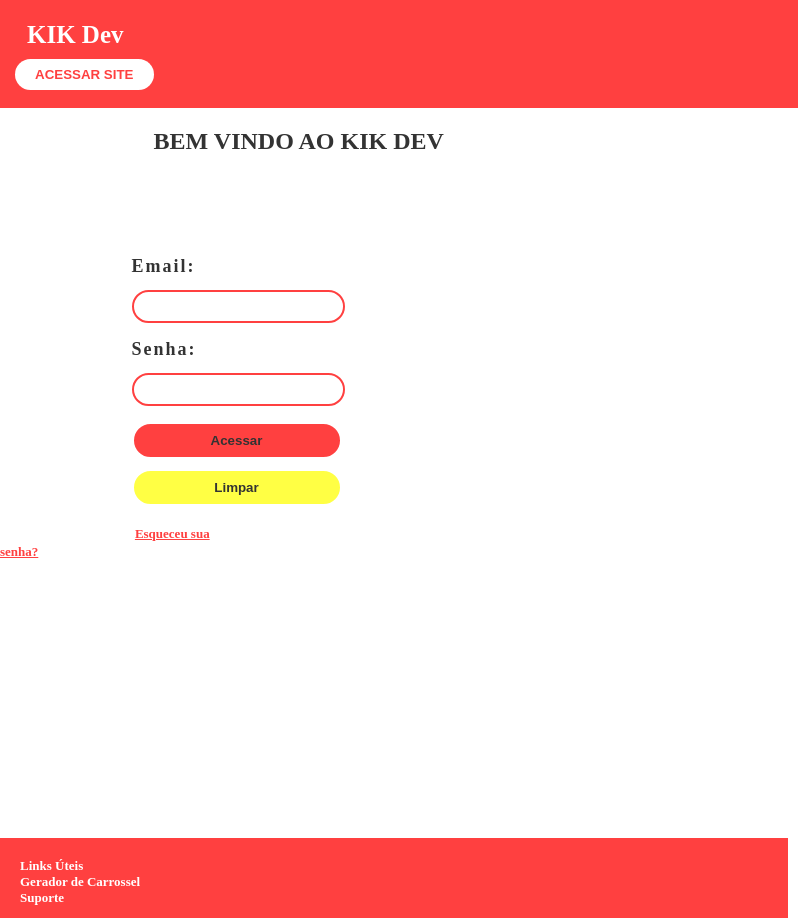
Repository: devgabrielvieira/kikdev
Page: index.html
An editor plug-in stored every save of this project. The page is shown before and after the next save, followed by the edit.
The browser window is 768 px wide. The page is 798 px wide, so the pictures cover 798 px, including what lies to the right of the window. The pictures show the whole page.

Above is the page before, as saved 2022-10-30 18:51:15.

After the next save:
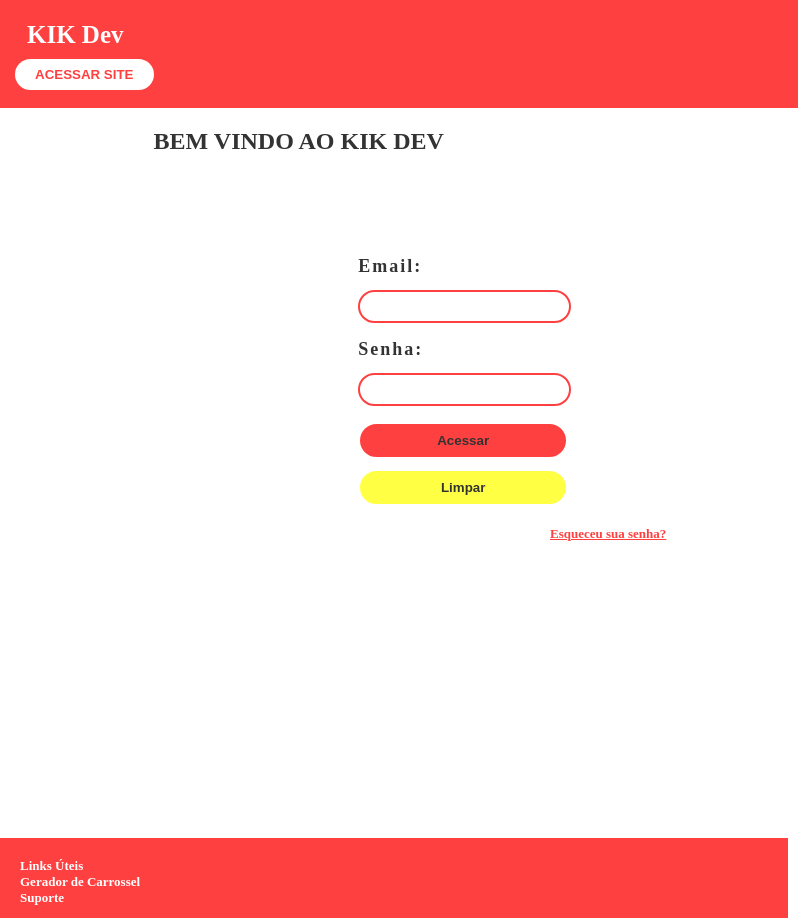
Saved 33 s later.
--- a/style-mobile.css
+++ b/style-mobile.css
@@ -95,7 +95,7 @@
     border: 2px solid #a0a0a0;
   }
 
-  .href {
+  /* .href {
     margin-left: 30%;
     margin-right: 15%;
     font-size: 13px;
@@ -104,7 +104,7 @@
     text-align: justify;
     width: 100%;
     padding: 3.5rem;
-  }
+  } */
 
   .btn-acessar {
     margin-left: 50%;

After the save that followed:
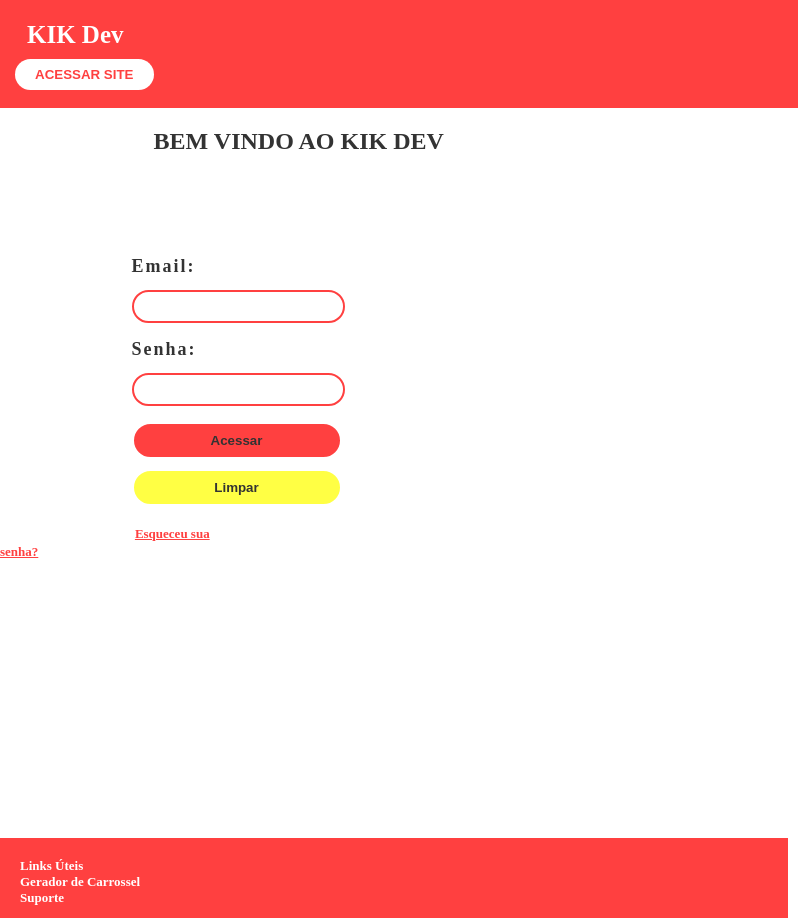
Saved 11 s later.
--- a/style-mobile.css
+++ b/style-mobile.css
@@ -95,7 +95,7 @@
     border: 2px solid #a0a0a0;
   }
 
-  /* .href {
+  .href {
     margin-left: 30%;
     margin-right: 15%;
     font-size: 13px;
@@ -104,7 +104,7 @@
     text-align: justify;
     width: 100%;
     padding: 3.5rem;
-  } */
+  }
 
   .btn-acessar {
     margin-left: 50%;
